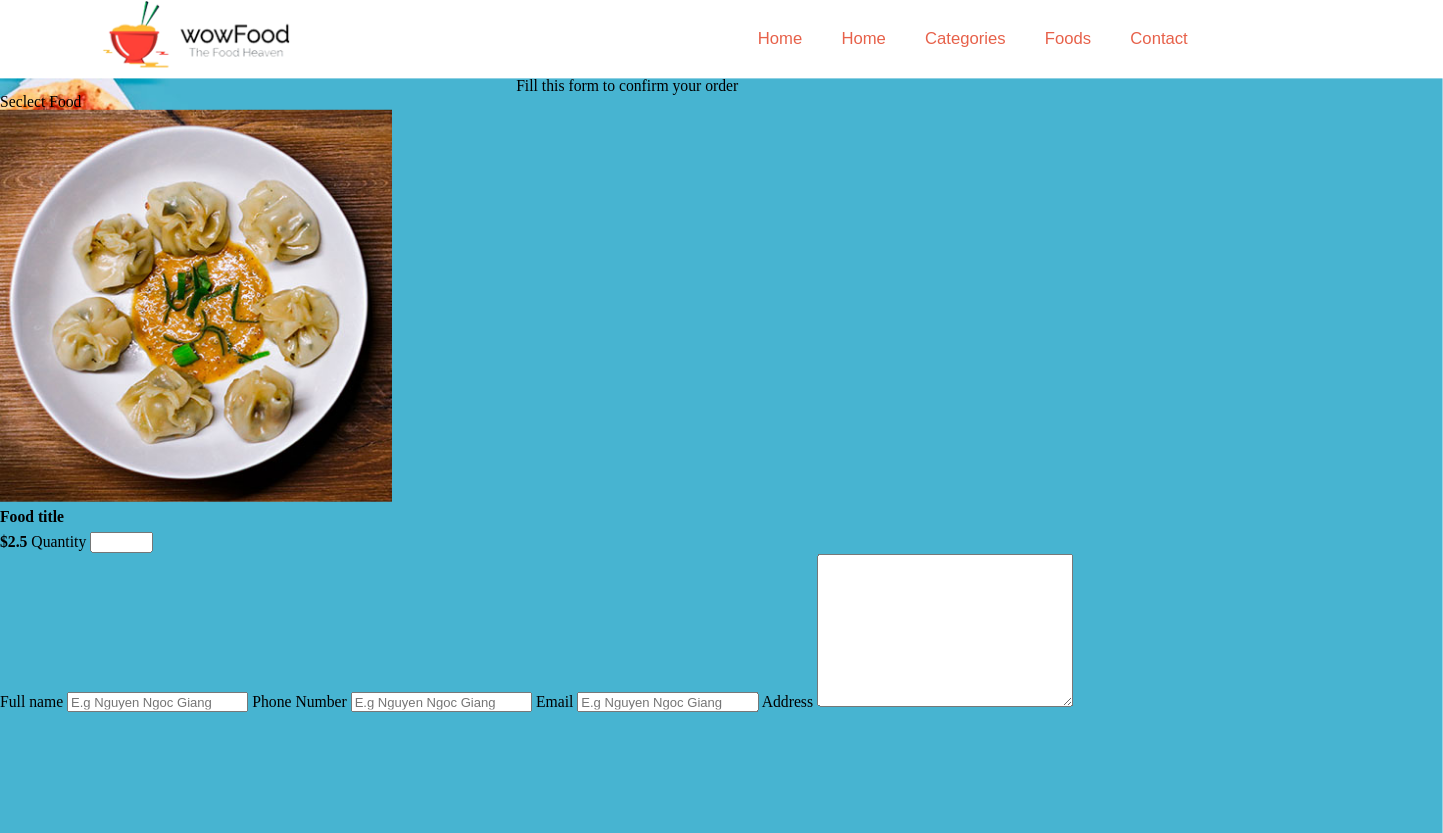
Repository: ruaruababa/WowFood
Page: order.html
An editor plug-in stored every save of this project. The page is shown before and after a run of saves, followed by the edit.
The browser window is 1280 px wide. The page is 1472 px wide, so the pictures cover 1472 px, including what lies to the right of the window. The pictures show the whole page, at 98% of full size.

Above is the page before, as saved 2021-09-19 21:59:38.

### order.html
<!DOCTYPE html>
<html lang="en">

<head>
    <meta charset="UTF-8">
    <meta http-equiv="X-UA-Compatible" content="IE=edge">
    <meta name="viewport" content="width=device-width, initial-scale=1.0">
    <title>Order Food</title>
    <link rel="stylesheet" href="./style.css">
    <link rel="stylesheet" href="./reset.css">
    <link rel="stylesheet" href="./order.css">
</head>

<body>
    <nav>
        <input type="checkbox" id="check" />
        <label for="check" class="checkbtn">
            <i class="fas fa-bars"></i>
        </label>
        <label class="logo">
            <img src="./img/logo.png" alt="" class="img-logo" />
        </label>
        <ul class="navbar">
            <li><a class="active" href="#">Home</a></li>
            <li><a href="#">Home</a></li>
            <li><a href="#">Categories</a></li>
            <li><a href="#">Foods</a></li>
            <li><a href="#">Contact</a></li>
        </ul>
    </nav>
    <section id=section-order>
        <img src="./bgorder.jpg" alt="" class="bgr" style="position: absolute; z-index: -1;">
        <div class="container-order">
            <form action="">
                <h3 class="title-order">Fill this form to confirm your order</h3>
                <label for="" class="seclect">Seclect Food</label>
                <div class="container-seclect-food">
                    <div class="img-food">
                        <img src="./img/menu-momo.jpg" alt="" class="bgr-item" />
                    </div>
                    <div class="content-food">
                        <h6 class="title-item">Food title</h6>
                        <span class="price-item">$2.5</span>
                        <label for="" class="quantity">Quantity</label>
                        <input type="number" min="1" max="100">
                    </div>
                </div>
                <div class="container-delivery-title">
                    <lable class="full-name">Full name</lable>
                    <input type="text" placeholder="E.g Nguyen Ngoc Giang">
                    <lable class="phone-number">Phone Number</lable>
                    <input type="text" placeholder="E.g Nguyen Ngoc Giang">
                    <lable class="email">Email</lable>
                    <input type="text" placeholder="E.g Nguyen Ngoc Giang">
                    <lable class="Address">Address</lable>
                    <textarea name="address" id="" cols="30" rows="10"></textarea>


                </div>
            </form>
        </div>
    </section>
</body>

</html>

### style.css

li {
  text-decoration: none;
}

a {
  text-decoration: none;
}

nav {
  height: 80px;
  width: 100%;
}

label.logo {
  padding: 0 100px;
}

nav ul {
  float: right;
  margin-right: 50px;
}

nav ul li {
  display: inline-block;
  line-height: 80px;
  margin: 0 5px;
  font-family: "Poppins", sans-serif;
}

nav ul li a {
  color: #e7614a;
  font-size: 17px;
  padding: 7px 13px;
  border-radius: 3px;
}

.checkbtn {
  font-size: 30px;
  color: white;
  float: right;
  line-height: 80px;
  margin-right: 40px;
  cursor: pointer;
  display: none;
}

#check {
  display: none;
}

ul:hover li {
  filter: blur(3px);
  opacity: 0.5;
  transform: scale(0.98);
  box-shadow: none;
}

ul:hover li:hover {
  transform: scale(1.1);
  filter: blur(0px);
  opacity: 1;
  box-shadow: 0 8px 20px 0px rgba(0, 0, 0, 0.125);
}

.container-section-search {
  position: relative;
  text-align: center;
  margin-top: 15px;
}

.background-search {
  height: 250px;
}

.background-search img {
  height: inherit;
  width: 100%;
  object-fit: cover;
}

.form {
  width: 100%;
  position: absolute;
  top: 50%;
  left: 50%;
  transform: translate(-50%, -50%);
  height: 22px;
}

.input-search {
  width: 35%;
  height: inherit;
}

.btn-search {
  background-color: rgba(250, 59, 59, 0.849);
  border: none;
  border-radius: 5px;
  font-size: 14px;
  color: white;
  cursor: pointer;
  padding: 3px;
}

#section-collection {
  position: relative;
}

.container-section-collection {
  height: max-content;
}

.explore-food {
  padding-top: 70px;
  text-align: center;
  font-size: 24px;
  font-family: "Poppins", sans-serif;
}

.collection-food {
  width: 100%;
}

.list-food {
  margin-top: 50px;
  display: flex;
  justify-content: center;
  column-gap: 50px;
}

.list-food li {
  width: 330px;
  height: 400px;
  transition: 0.2s all;
}

.list-food li:hover {
  transform: scale(0.95);
}

.list-food li img {
  width: 100%;
  height: 100%;
  object-fit: cover;
  border-radius: 10px;
}

.list-food li span {
  font-family: "Poppins", sans-serif;
  display: block;
  font-size: 20px;
  text-align: center;
  color: #ffffff;
  margin-top: -50px;
}

article {
  background-color: #ececec;
}

.title-food-menu {
  padding-top: 70px;
  font-size: 24px;
  text-align: center;
  font-family: "Poppins", sans-serif;
}

.container-menu {
  padding-top: 50px;
  display: grid;
  grid-gap: 20px;
  grid-template-columns: repeat(auto-fit, minmax(550px, 1fr));
  grid-auto-rows: 180px;
  justify-items: center;
  font-family: "Poppins", sans-serif;
}

.container-item:nth-child(odd) {
  justify-self: end;
}

.container-item:nth-child(even) {
  justify-self: start;
}

.container-item {
  background-color: #ffffff;
  display: flex;
  align-items: center;
  border-radius: 15px;
}

.container-item img {
  width: 25%;
  height: 70%;
  object-fit: cover;
  border-radius: 15px;
  margin: 0 28px;
}

.container-item .item-content {
  width: 100%;
  height: 70%;
  object-fit: cover;
  border-radius: 15px;
  margin: 0 28px;
}

.item-content {
  display: inline-block;
}

.title-item {
  font-size: 16px;
  font-weight: bold;
  line-height: 25px;
}

.price-item {
  line-height: 25px;
  font-weight: bold;
}

.des-item {
  font-size: 14px;
  line-height: 20px;
  color: #747d9c;
}

.oder-item {
  text-decoration: none;
  background-color: #f56b81;
  color: white;
  border-radius: 5px;
  padding: 3px;
  display: inline-block;
}

.footer-food-menu {
  margin-top: 30px;
}

.see-all-foods {
  display: block;
  text-align: center;
  text-decoration: none;
  color: #f56b81;
  padding-bottom: 50px;
  font-family: "Poppins", sans-serif;
  transition: 0.2s all;
}

.see-all-foods:hover {
  text-decoration: underline;
  transform: scale(1.1);
}

.social-network-icon {
  display: flex;
  justify-content: center;
  margin-top: 30px;
}

.icon-insta {
  margin: 0 30px;
}

.license {
  margin-top: 40px;
  margin-bottom: 30px;
  font-family: "Poppins", sans-serif;
}

.license p {
  text-align: center;
}

.license p a {
  text-decoration: none;
  color: #e7614a;
}

@media (max-width: 952px) {
  label.logo {
    padding-left: 50px;
  }

  nav ul li a {
    font-size: 16px;
  }

  .container-item:nth-child(odd) {
    justify-self: center;
  }

  .container-item:nth-child(even) {
    justify-self: center;
  }
}

@media (max-width: 858px) {
  i {
    color: black;
  }

  .checkbtn {
    display: block;
  }

  .navbar {
    position: fixed;
    width: 100%;
    height: 250px;
    left: -100%;
    text-align: center;
    transition: all 0.5s;
    z-index: 2;
    background-color: #ffffff;
  }

  nav ul li {
    display: block;
    margin: 10px 0;
    line-height: 30px;
  }

  nav ul li a {
    font-size: 20px;
  }

  #check:checked ~ ul {
    left: 0;
  }

  .container-section-collection {
    height: max-content;
  }
}

section {
  position: relative;
}
@media (max-width: 858px) {
   .container-menu {
    padding-top: 50px;
    display: grid;
    grid-gap: 20px;
    grid-template-columns: repeat(auto-fit, minmax(550px, 1fr));
    grid-auto-rows: 180px;
    justify-items: center;
    font-family: "Poppins", sans-serif;
  }
}

@media (max-width: 414px) {
  label img {
    margin-left: -50px;
  }
  i.fa-bars {
    margin-right: -20px;
  }
  .navbar {
    position: fixed;
    width: 414px;
    height: 250px;
    left: -100%;
    text-align: center;
    transition: all 0.5s;
    z-index: 2;
    background-color: #ffffff;
  }

  nav ul li {
    display: block;
    margin: 10px 0;
    line-height: 30px;
  }

  nav ul li a {
    font-size: 20px;
  }

  #check:checked ~ ul {
    left: 0;
  }
  .list-food {
    display: flex;
    flex-direction: column;
    gap: 15px;
  }

  .item {
    align-self: center;
  }

  .container-menu {
    padding-top: 50px;
    display: grid;
    grid-gap: 20px;
    grid-template-columns: repeat(auto-fit, minmax(375px, 1fr));
    grid-auto-rows: 180px;
    justify-items: center;
    font-family: "Poppins", sans-serif;
  }
}

@media (max-width: 375px) {
  label img {
    margin-left: -50px;
  }
  i.fa-bars {
    margin-right: -20px;
  }
  .navbar {
    position: fixed;
    width: 375px;
    height: 250px;
    left: -100%;
    text-align: center;
    transition: all 0.5s;
    z-index: 2;
    background-color: #ffffff;
  }

  nav ul li {
    display: block;
    margin: 10px 0;
    line-height: 30px;
  }

  nav ul li a {
    font-size: 20px;
  }

  #check:checked ~ ul {
    left: 0;
  }

  .list-food {
    display: flex;
    flex-direction: column;
    gap: 15px;
  }

  .item {
    align-self: center;
  }

  .container-menu {
    padding-top: 50px;
    display: grid;
    grid-gap: 20px;
    grid-template-columns: repeat(auto-fit, minmax(375px, 1fr));
    grid-auto-rows: 180px;
    justify-items: center;
    font-family: "Poppins", sans-serif;
  }
  @media (max-width: 320px) {
  label img {
    margin-top: -70px;
    margin-left: -50px;
    padding-bottom: 10px;
  }
  i.fa-bars {
    margin-right: -20px;
    padding-top: 20px;
  }
  .navbar {
    position: fixed;
    width: 320px;
    height: 250px;
    left: -100%;
    text-align: center;
    transition: all 0.5s;
    z-index: 2;
    background-color: #ffffff;
    margin-top: -5px;
  }

  nav ul li {
    display: block;
    margin: 10px 0;
    line-height: 30px;
  }

  nav ul li a {
    font-size: 20px;
  }

  #check:checked ~ ul {
    left: 0;
  }

  .list-food {
    display: flex;
    flex-direction: column;
    gap: 15px;
  }

  .item {
    align-self: center;
  }

  .container-menu {
    padding-top: 50px;
    display: grid;
    grid-gap: 20px;
    grid-template-columns: repeat(auto-fit, minmax(319px, 1fr));
    grid-auto-rows: 180px;
    justify-items: center;
    font-family: "Poppins", sans-serif;
  }
}

/* article{
  position: relative;
  top: 200px;
} */

### order.css
.container-order{
    position: relative;
}
.title-order{
    text-align: center;
}

Loaded but not shown: reset.css (common file)

After the next 6 saves:
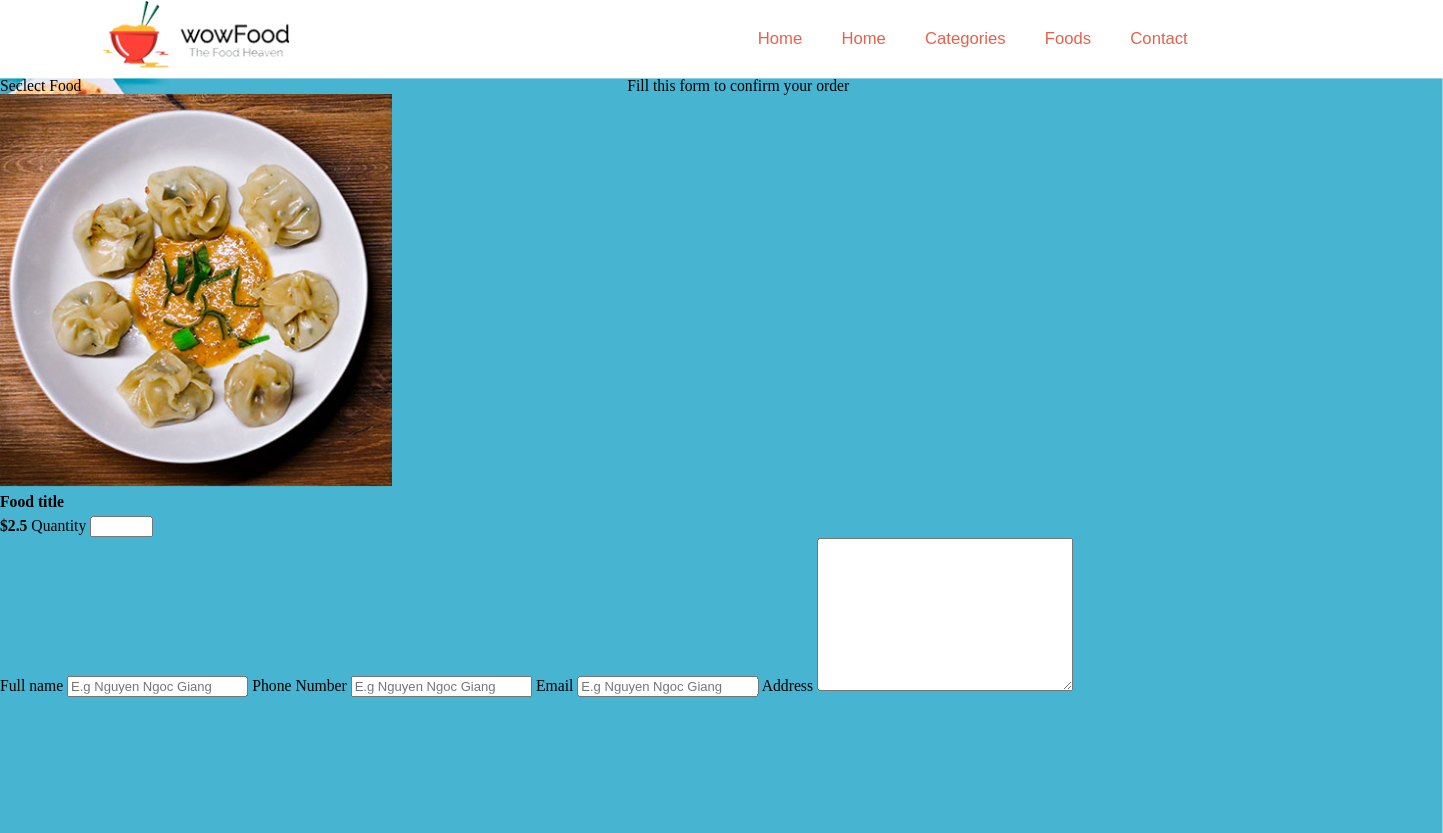
The 6 saves are shown as one change because they came seconds apart.
The last was saved 23 s later.
--- a/order.css
+++ b/order.css
@@ -2,5 +2,6 @@
     position: relative;
 }
 .title-order{
-    text-align: center;
+    position: absolute;
+    left: 50%;
 }

After the save that followed:
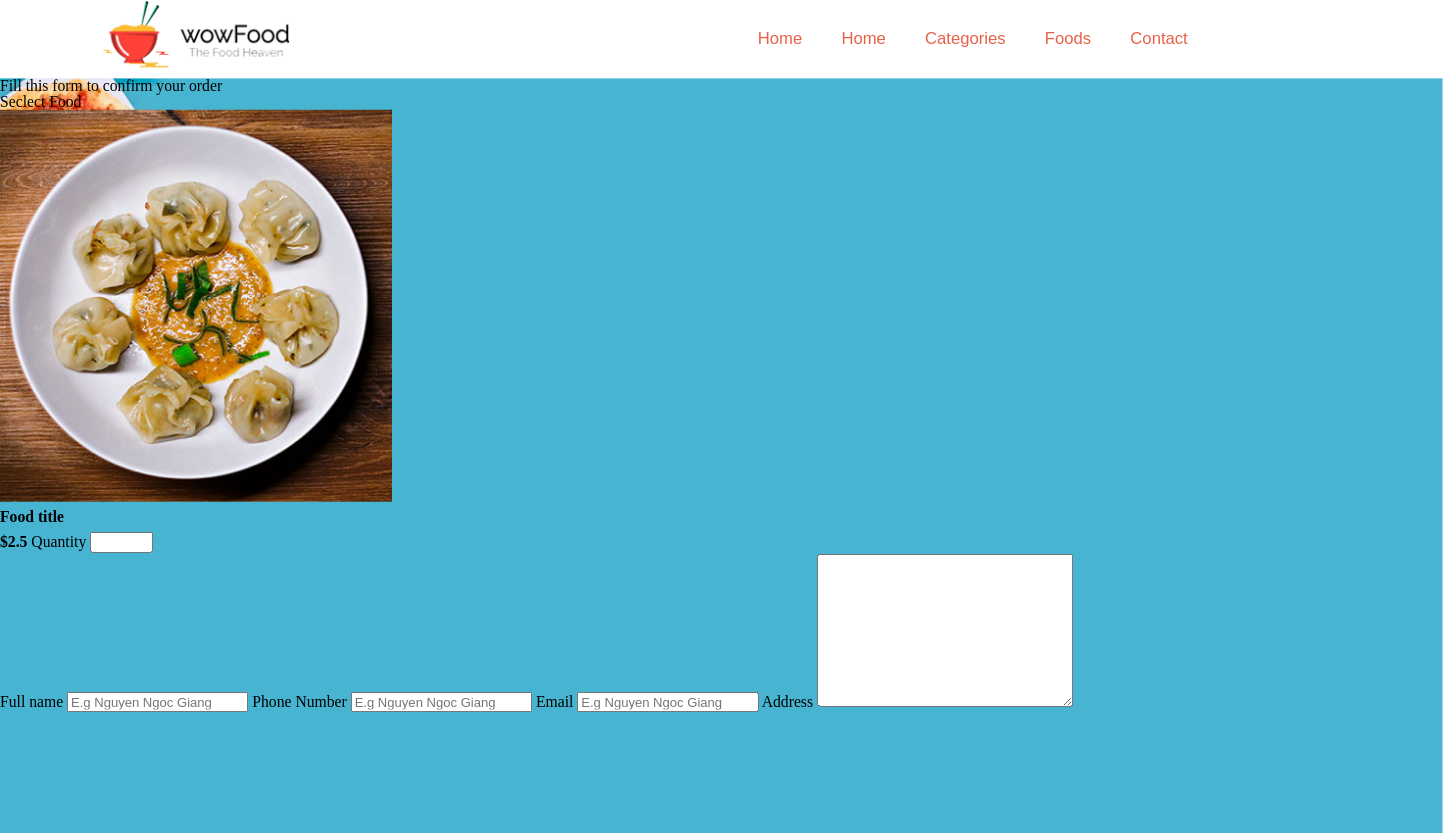
Saved 10 s later.
--- a/order.css
+++ b/order.css
@@ -2,6 +2,5 @@
     position: relative;
 }
 .title-order{
-    position: absolute;
     left: 50%;
 }
